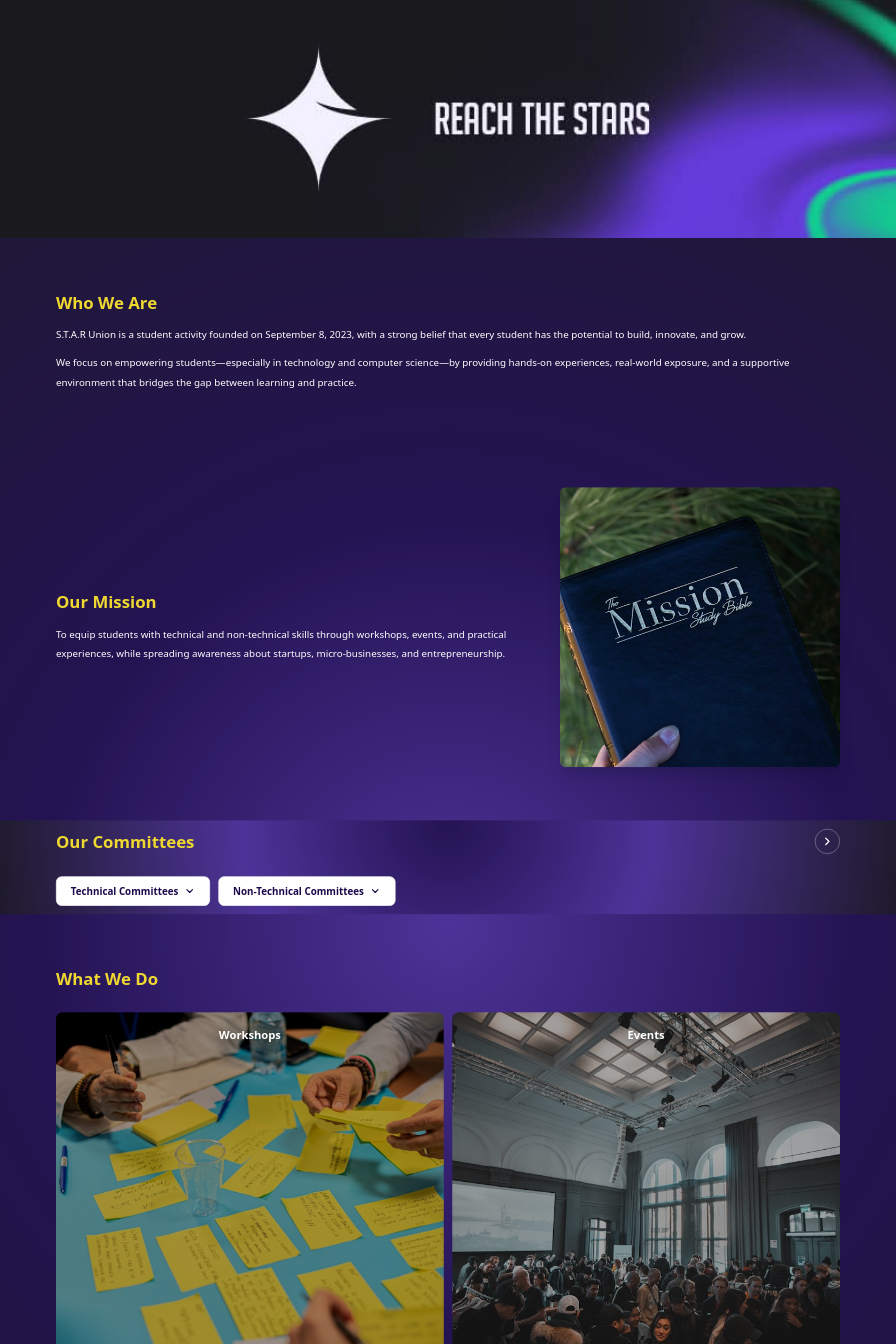
Repository: Frontend-Committee/StarUnion-Website
Page: /about
The author's editor kept a copy of each file at every save. The page is drawn from the files as they stood at one save, then again after the next save.
The browser window is 1280 px wide. The pictures show the part of the page from y = 0 to 1920 px (the page is 2642 px tall), at 70% of full size.
The project was rebuilt for these pictures with package versions that can differ from the ones it lists, and the page was loaded fresh each time. Also part of the build but not shown: vite.config.js, src/components/common/Navbar.jsx, src/components/common/Footer.jsx, src/features/home/pages/HomePage.jsx.

Above is the page before, as saved 2026-02-25 14:15:06.

After the next save:
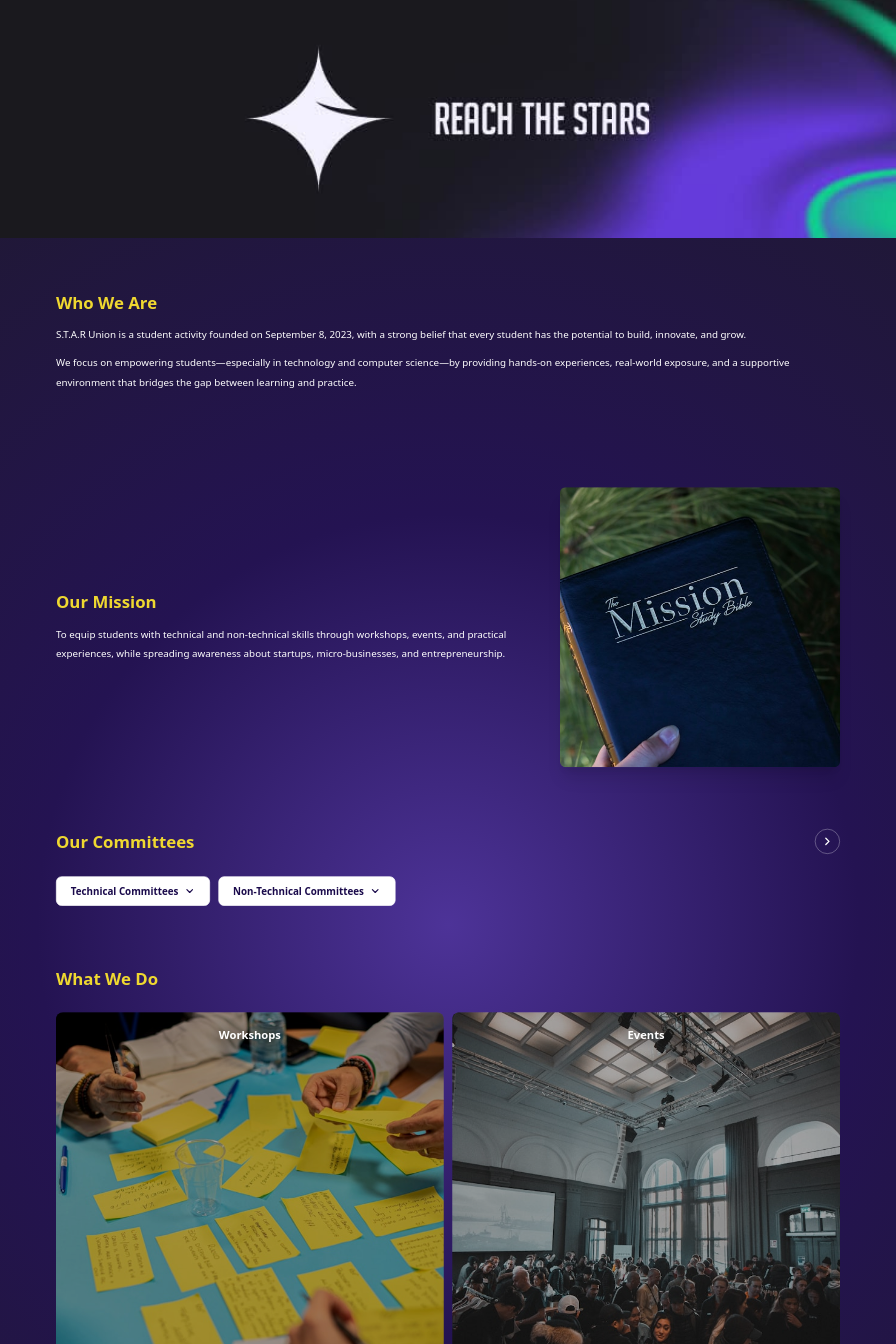
Saved 13 s later.
--- a/src/features/about/pages/AboutUsPage.jsx
+++ b/src/features/about/pages/AboutUsPage.jsx
@@ -223,7 +223,7 @@ export default function AboutUsPage() {
       {/* ══════════════════════════════════════════════════════════════════════
           4. OUR COMMITTEES — Background 3 gradient
       ══════════════════════════════════════════════════════════════════════ */}
-      <section className=" bg-[radial-gradient(circle_at_top,_#241352_0%,_#4D3398_45%,_#1E1A2B_100%)]">
+      <section className=" ">
         <div className="container">
           {/* Header row */}
           <div className="flex items-center justify-between mb-8">
